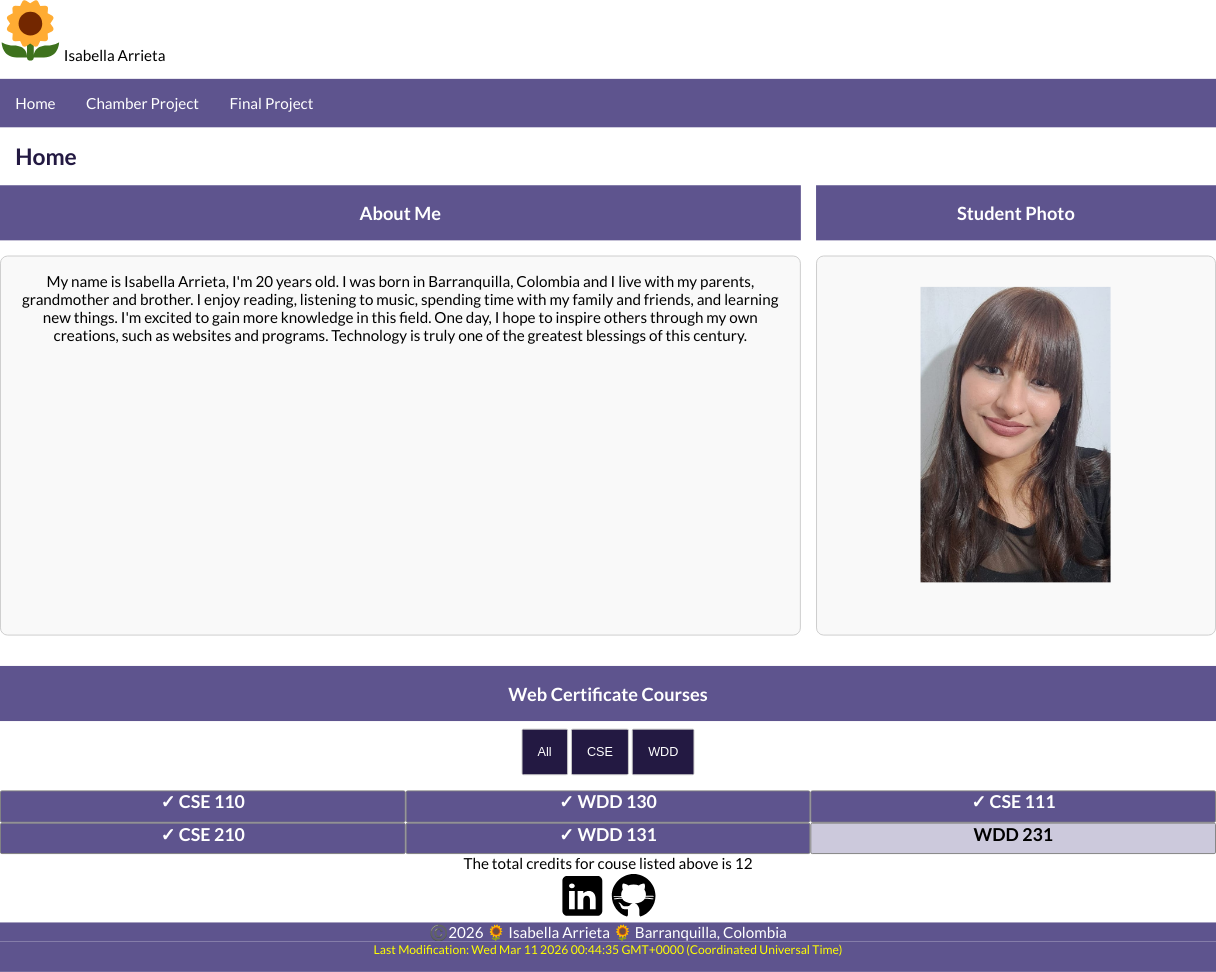
Repository: isaAJ05/wdd231
Page: index.html
An editor plug-in stored every save of this project. The page is shown before and after a run of saves, followed by the edit.
The browser window is 1280 px wide. The pictures show the whole page, at 95% of full size.
Some web fonts or font styles are not loaded; a fallback is used.

Above is the page before, as saved 2026-03-11 01:24:38.

### index.html
<!DOCTYPE html>
<html lang="en">
<head>
    <meta charset="UTF-8">
    <meta name="viewport" content="width=device-width, initial-scale=1.0">
    <title>WDD 231 – Web Frontend Development I – Isabella Arrieta</title>
    <meta name="description" content="WDD 231 – Web Frontend Development I Isabella Arrieta, This is a page about me">
    <meta name="author" content="Isabella Arrieta">
    <link rel="stylesheet" href="styles/normalize.css">
    <link rel="preconnect" href="https://fonts.googleapis.com">
    <link rel="preconnect" href="https://fonts.gstatic.com" crossorigin>
    <link href="https://fonts.googleapis.com/css2?family=Lato:ital,wght@0,100;0,300;0,400;0,700;0,900;1,100;1,300;1,400;1,700;1,900&family=Open+Sans:ital,wght@0,300..800;1,300..800&family=Play:wght@400;700&family=Raleway:ital,wght@0,100..900;1,100..900&display=swap" rel="stylesheet">
    <script src="scripts/getdates.js" defer></script>
    <script src="scripts/hamburguer.js" defer></script>
    <script src="scripts/courses.js" defer></script>
</head>
<body>
    <header>
        <div class="title">
            <img src="images/sunflower-svgrepo-com.svg" alt="Isabella Arrieta logo">
            <span>Isabella Arrieta</span>
        </div>
        <button id="menu" aria-label="Open menu"></button>
        <nav>
            <ul class="navigation">
			<li><a href="index.html">Home</a></li>
			<li><a href="#" class="chamber">Chamber Project</a></li>
			<li><a href="#" class="final">Final Project</a></li>
		</ul>
        </nav>
    </header>
    <main>
        <h1>Home</h1>
        <section>
         <div class="rectangle">
            <h2>About Me</h2>
            </div>
        <div class="card">
            <p>My name is Isabella Arrieta, I'm 20 years old. I was born in Barranquilla, Colombia and I live with my parents, grandmother and brother. I enjoy reading, listening to music, spending time with my family and friends, and learning new things. I'm excited to gain more knowledge in this field. One day, I hope to inspire others through my own creations, such as websites and programs. Technology is truly one of the greatest blessings of this century.</p>
        </div>
        </section>
        <section>
            <div class="rectangle">
                <h2>Student Photo</h2>
            </div>
            <div class="card">
                <img src="images/isa.jpg" alt="Isabella Arrieta picture">
            </div>
        </section>
        <section>
            <div class="rectangle">
                <h2>Web Certificate Courses</h2>
            </div>
            <div class="course-buttons">
                <button id="all">All</button>
                <button id="cse">CSE</button>
                <button id="wdd">WDD</button>
            </div>
            <div id="courses"></div>
            <p>The total credits for couse listed above is <span id="totalCredits"></span></p>

        </section>
    </main>
    <footer>
        <div class ="icons">
                <a href="https://www.linkedin.com/in/isabella-arrieta/" target="_blank"><img src="images/icons8-linkedin.svg" alt="LinkedIn icon"></a>
                <a href="https://github.com/isaaj05" target="_blank"><img src="images/icons8-github.svg" alt="GitHub icon"></a>
        </div>
        <p>
            ©️<span id="currentyear"></span> 🌻 Isabella Arrieta 🌻 Barranquilla, Colombia
        </p>
        <p class="last-modified">
            <span id="lastModified"></span>
        </p>
    </footer>

</body>
</html>

### styles/normalize.css
:root {
    --primary-color: #231942;
    --secondary-color: #5e548e;
    --font: "Lato", sans-serif;
}
* {
	margin: 0;
	padding: 0;
	box-sizing: border-box;
}
body{
	font-family: var(--font);

}
main{
	text-align: center;
}
h1 {
	text-align: left;
	color: var(--primary-color);
	font-size: 1.5rem;
	margin-left: 1rem;
	position: left;
}

h2 {
	font-size: 1.2rem;
	color: #fff;
	text-align: center;
	margin: 1rem;
	}
header {
    position: relative;

}
nav {
	margin: 1rem auto;
}

/* small view navigation */
#menu {
	font-size: 1.5rem;
	border: 0;
	background: none;
	color: #000;
 	position: absolute;
  top: 1rem;
	right: 1rem;
}

#menu::before {
	content: "☰";
}

#menu.open::before {
	content: "✖️";
}

.navigation {
	display: flex;
	flex-direction: column;
	list-style: none;
	background-color: var(--secondary-color);
	color: #fff;
}

.navigation a {
	display: none;
	padding: 1rem;
	text-align: center;
	text-decoration: none;
	color: #fff;
}
.navigation a:hover {
	background-color: #bbb;
	color: #333;
	font-weight: 700;
}

/* when the button is clicked - the open class is toggled (added/removed) */
.open a {
	display: block;
}

.active::before {
	content: "📍";  /* just a wayfinding symbol for the user */
}

.card {
	border: 1px solid #ccc;
	border-radius: 8px;
	padding: 1rem;
	margin: 1rem auto;
	height: 400px;
	background-color: #f9f9f9;
}


.rectangle{
	padding: 0.1rem;
	background-color: var(--secondary-color);

}

.card img{
	width: 200px;
	height: auto;
	display: block;
	margin: 1rem auto;
}
#all, #cse , #wdd {
	background-color: var(--primary-color);
	color: #fff;
	cursor: pointer;
	border: 1px solid #ccc;
	border-radius: 2px;
	padding:  1rem;
	margin-top: 0.5rem;
	margin-bottom: 0.5rem;

}

#all:hover, #cse:hover , #wdd:hover {
	background-color: #ccc9dc;
    cursor: pointer;
	border: 1px solid gray;
	border-radius: 2px;
	color: #333;
	font-weight: 700;
}
#courses{
	display: grid;
	grid-template-columns: repeat(3, 1fr);
	height: 75px;
	padding-top: 0.5rem;
}
.course-card{
	border: 1px solid gray;
	border-radius: 2px;
	background-color: #ccc9dc;
	color: #000;
	font-weight: 600;
}
.completed{
	background-color: var(--secondary-color);
	color: #fff;
	font-weight: 700;
}
footer {
    color:  #fff;
    text-align: center;
}
footer p {
    background: var(--secondary-color);
}
.last-modified {
    font-size: 0.8rem;
    color: yellow;
	padding-bottom: 1rem;
}

/* large view navigation ************************************/
@media (min-width: 37.5em) {

	 main {
        display: grid;
        grid-template-columns: 2fr 1fr;
        gap: 1rem;

    }

    main h1 {
        grid-column: 1 / -1;
    }

	main section:last-of-type {
    grid-column: 1 / -1;
	text-align: center;
    }

	#menu {
		display: none; /* hide hamburger button */
	}

	.navigation {
		flex-direction: row;
	}

	.navigation a {
		display: block;
		flex: 1 1 100%;
	}

}

### scripts/getdates.js
const year = document.querySelector("#currentyear");
const today = new Date();
year.innerHTML = `<span class="highlight">${today.getFullYear()}</span>`;
const lastMod = document.querySelector("#lastModified");
let oLastModif = new Date(document.lastModified);
lastMod.innerHTML = `Last Modification: <span class="highlight">${oLastModif}</span>`;

### scripts/hamburguer.js
const hamButton = document.querySelector('#menu');
const navigation = document.querySelector('.navigation');
const title = document.querySelector('.title');

hamButton.addEventListener('click', () => {
	navigation.classList.toggle('open');
    hamButton.classList.toggle('open');
    title.classList.toggle('open');
});

### scripts/courses.js
// here we select the elements we need to interact with
const courseContainer = document.querySelector("#courses"); // container for the course cards
const totalCredits = document.querySelector("#totalCredits"); // element to display total credits
// buttons to filter courses
const allBtn = document.querySelector("#all");
const cseBtn = document.querySelector("#cse");
const wddBtn = document.querySelector("#wdd");
// array given by the university with all the courses in the web certificate program
const courses = [
    {
        subject: 'CSE',
        number: 110,
        title: 'Introduction to Programming',
        credits: 2,
        certificate: 'Web and Computer Programming',
        description: 'This course will introduce students to programming. It will introduce the building blocks of programming languages (variables, decisions, calculations, loops, array, and input/output) and use them to solve problems.',
        technology: [
            'Python'
        ],
        completed: true
    },
    {
        subject: 'WDD',
        number: 130,
        title: 'Web Fundamentals',
        credits: 2,
        certificate: 'Web and Computer Programming',
        description: 'This course introduces students to the World Wide Web and to careers in web site design and development. The course is hands on with students actually participating in simple web designs and programming. It is anticipated that students who complete this course will understand the fields of web design and development and will have a good idea if they want to pursue this degree as a major.',
        technology: [
            'HTML',
            'CSS'
        ],
        completed: true
    },
    {
        subject: 'CSE',
        number: 111,
        title: 'Programming with Functions',
        credits: 2,
        certificate: 'Web and Computer Programming',
        description: 'CSE 111 students become more organized, efficient, and powerful computer programmers by learning to research and call functions written by others; to write, call , debug, and test their own functions; and to handle errors within functions. CSE 111 students write programs with functions to solve problems in many disciplines, including business, physical science, human performance, and humanities.',
        technology: [
            'Python'
        ],
        completed: true
    },
    {
        subject: 'CSE',
        number: 210,
        title: 'Programming with Classes',
        credits: 2,
        certificate: 'Web and Computer Programming',
        description: 'This course will introduce the notion of classes and objects. It will present encapsulation at a conceptual level. It will also work with inheritance and polymorphism.',
        technology: [
            'C#'
        ],
        completed: true
    },
    {
        subject: 'WDD',
        number: 131,
        title: 'Dynamic Web Fundamentals',
        credits: 2,
        certificate: 'Web and Computer Programming',
        description: 'This course builds on prior experience in Web Fundamentals and programming. Students will learn to create dynamic websites that use JavaScript to respond to events, update content, and create responsive user experiences.',
        technology: [
            'HTML',
            'CSS',
            'JavaScript'
        ],
        completed: true
    },
    {
        subject: 'WDD',
        number: 231,
        title: 'Frontend Web Development I',
        credits: 2,
        certificate: 'Web and Computer Programming',
        description: 'This course builds on prior experience with Dynamic Web Fundamentals and programming. Students will focus on user experience, accessibility, compliance, performance optimization, and basic API usage.',
        technology: [
            'HTML',
            'CSS',
            'JavaScript'
        ],
        completed: false
    }
]
// function to display the courses on the page
function displayCourses(courseList) {
    courseContainer.innerHTML = ""; // clear the container before adding new courses

    courseList.forEach(course => {
        const card = document.createElement("div"); // create a card for each course
        card.classList.add("course-card");

        if (course.completed) {
            card.classList.add("completed");// add a class to indicate the course is completed
        }

        card.innerHTML = `
            <h3>${course.completed ? '✓' : ''} ${course.subject} ${course.number}</h3>
        `;

        courseContainer.appendChild(card); // add the card to the container
    });

    calculateCredits(courseList);
}
function calculateCredits(courseList) {
    const total = courseList.reduce((sum, course) => sum + course.credits, 0); // calculate the total credits by summing the credits of all courses in the list
    totalCredits.textContent = total;
}

allBtn.addEventListener("click", () => {
    displayCourses(courses);
});

cseBtn.addEventListener("click", () => {
    const cseCourses = courses.filter(course => course.subject === "CSE");
    displayCourses(cseCourses);
});

wddBtn.addEventListener("click", () => {
    const wddCourses = courses.filter(course => course.subject === "WDD");
    displayCourses(wddCourses);
});

displayCourses(courses);

After the next 3 saves:
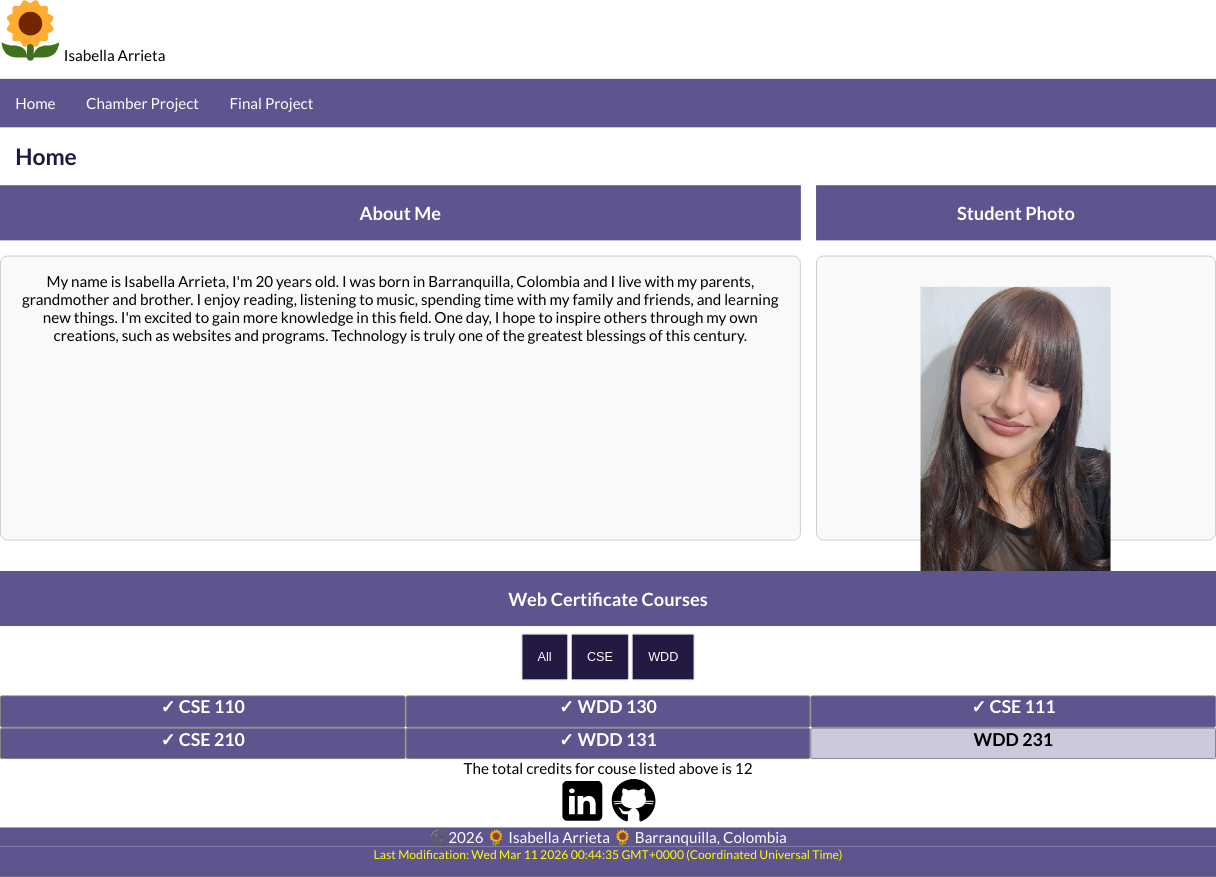
The 3 saves are shown as one change because they came seconds apart.
The last was saved 51 s later.
--- a/styles/normalize.css
+++ b/styles/normalize.css
@@ -190,5 +190,8 @@
 		display: block;
 		flex: 1 1 100%;
 	}
+	.card {
+		height: 300px;
+	}
 
 }

After the save that followed:
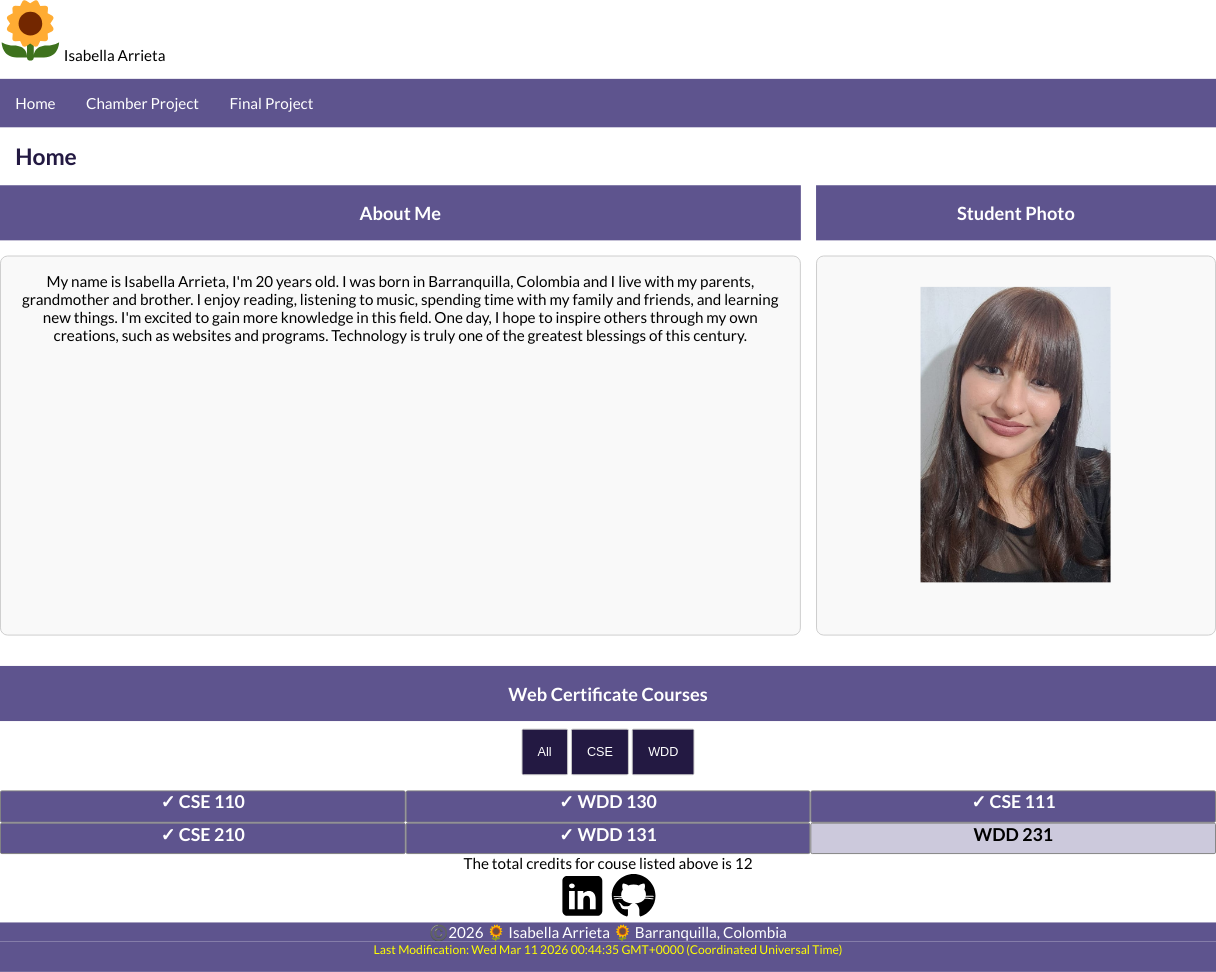
Saved 4 s later.
--- a/styles/normalize.css
+++ b/styles/normalize.css
@@ -191,7 +191,7 @@
 		flex: 1 1 100%;
 	}
 	.card {
-		height: 300px;
+		height: 400px;
 	}
 
 }
